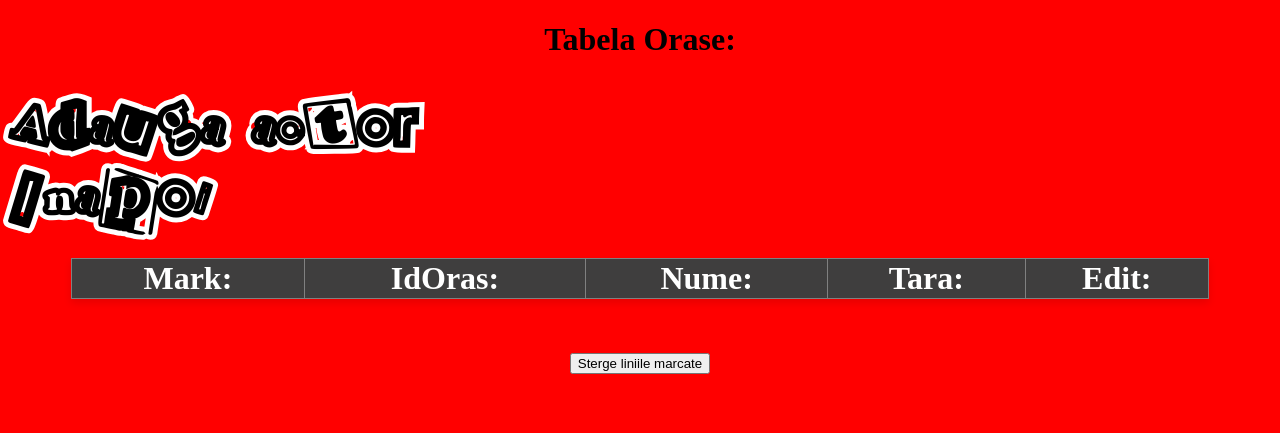
Repository: SusStefan/ActorDB
Page: http://localhost/Actori/sources/tabela_orase.jsp
An editor plug-in stored every save of this project. The page is shown before and after the next save, followed by the edit.
The browser window is 1280 px wide. The pictures show the whole page.
The page is served by Tomcat 9. Queries for data that is not in the repository find no rows.

Above is the page before, as saved 2025-12-15 19:31:28.

### Actori/src/main/webapp/sources/tabela_orase.jsp
<%@ page language="java" contentType="text/html; charset=UTF-8" pageEncoding="UTF-8"%>
<%@ page language="java" import="java.lang.*,java.math.*,db.*,java.sql.*, java.io.*, java.util.*"%>
<!DOCTYPE html PUBLIC "-//W3C//DTD HTML 4.01 Transitional//EN" "http://www.w3.org/TR/html4/loose.dtd">
<html>
 <head>
 <meta http-equiv="Content-Type" content="text/html; charset=UTF-8">
 <title>Tabela Orase</title>
 <link rel="stylesheet" href="persona.css">
 </head>
 <jsp:useBean id="jb" scope="session" class="db.JavaBean" />
 <jsp:setProperty name="jb" property="*" />
 <body>
 <h1 align="center"> Tabela Orase:</h1>
 <br/>
<a href="adauga_actor.jsp">
<div class="cssbutton2 "><b class="sway-text"><strong>Adauga actor</strong></b></div>
</a>
 <a href="index.html">
<div class="cssbutton2 "><b class="sway-text"><strong>Inapoi</strong></b></div>
</a>
 <form action="sterge_orase.jsp" method="post">
 <table border="1" align="center">
 <tr>
 <td><b>Mark:</b></td>
 <td><b>IdOras:</b></td>
 <td><b>Nume:</b></td>
 <td><b>Tara:</b></td>
 <td><b>Edit:</b></td>
 </tr>
 <%
 jb.connect();
 ResultSet rs = jb.vedeTabela("orase");
 long x;
 while (rs.next()) {
 x = rs.getInt("idoras");
 %>
 <tr>
 <td><input type="checkbox" name="primarykey" value="<%= x%>" /></td><td><%= x%></td>
 <td><%= rs.getString("nume")%></td>
 <td><%= rs.getString("tara")%></td>
  <td><a href="oras_m1.jsp?idoras=<%= x %>" class="action-button">Detalii Oras</a></td>
 <%
 }
 %>
 </tr>
 </table><br/>
 <p align="center">
 <input type="submit" value="Sterge liniile marcate">
 </p>
 </form>
 <%
 rs.close();
 jb.disconnect();
 %>
 <br/>
 <p align="center">
 <br/>
 </p>
 </body>
</html>

### Actori/src/main/java/db/JavaBean.java
/*
 * Curs3_Eclipse - Valentin Pupezescu
 */
package db;
import java.math.BigDecimal;
import java.sql.*;
/**
 *
 * @author vali
 */
public class JavaBean {
	String error;
	Connection con;
	public JavaBean() {
	}
	public void connect() throws ClassNotFoundException, SQLException, Exception {
		try {
			Class.forName("com.mysql.cj.jdbc.Driver");
			con = DriverManager.getConnection("jdbc:mysql://localhost:3306/actori?useSSL=false", "root", "2005");
		} catch (ClassNotFoundException cnfe) {
			error = "ClassNotFoundException: Nu s-a gasit driverul bazei de date.";
			throw new ClassNotFoundException(error);
		} catch (SQLException cnfe) {
			error = "SQLException: Nu se poate conecta la baza de date.";
			throw new SQLException(error);
		} catch (Exception e) {
			error = "Exception: A aparut o exceptie neprevazuta in timp ce se stabilea legatura la baza de date.";
			throw new Exception(error);
		}
	} // connect()
	public void disconnect() throws SQLException {
		try {
			if (con != null) {
				con.close();
			}
		} catch (SQLException sqle) {
			error = ("SQLException: Nu se poate inchide conexiunea la baza de date.");
			throw new SQLException(error);
		}
	} // disconnect()
	public void adaugaOras(String Nume, String Tara)
			throws SQLException, Exception {
		if (con != null) {
			try {
				// creaza un "prepared SQL statement"
				Statement stmt;
				stmt = con.createStatement();
				stmt.executeUpdate("insert into orase(nume,tara) values('" +Nume
		+ "' , '" + Tara + "');");
			} catch (SQLException sqle) {
				error = "ExceptieSQL: Reactualizare nereusita; este posibil sa existe duplicate.";
				throw new SQLException(error);
			}
		} else {
			error = "Exceptie: Conexiunea cu baza de date a fost pierduta.";
			throw new Exception(error);
		}
	} // end of adaugaPacient()

	public void adaugateatru(String Nume, String Descriere, String Adresa, long Oras)
			throws SQLException, Exception {
		if (con != null) {
			try {
				// creaza un "prepared SQL statement"
				Statement stmt;
				stmt = con.createStatement();
				stmt.executeUpdate("insert into teatre(nume,descriere,adresa,idoras) values('" + Nume +
						"' , '" + Descriere + "', '" + Adresa + "', '" + Oras + "');");
			} catch (SQLException sqle) {
				error = "ExceptieSQL: Reactualizare nereusita; este posibil sa existe duplicate.";
				throw new SQLException(error);
			}
		} else {
			error = "Exceptie: Conexiunea cu baza de date a fost pierduta.";
			throw new Exception(error);
		}
	}

			public void adaugaactori(String Nume, String Prenume, String Rol, String Piesa, double Salariu, long Teatre)
					throws SQLException, Exception {
				if (con != null) {
					try {
						Statement stmt;
						stmt = con.createStatement();
						stmt.executeUpdate("insert into actori(nume,prenume,rol,piesa,salariu,idteatru) values('" + Nume +
								"' , '" + Prenume + "', '" + Rol + "', '" + Piesa + "', '" + Salariu + "', '" + Teatre
								+ "');");
					} catch (SQLException sqle) {
						error = "ExceptieSQL: Reactualizare nereusita; este posibil sa existe duplicate.";
						throw new SQLException(error);
					}
				} else {
					error = "Exceptie: Conexiunea cu baza de date a fost pierduta.";
					throw new Exception(error);
				}
			}

	public ResultSet vedeOrase() throws SQLException, Exception {
	    ResultSet rs = null;
	    try {
	        // Simple query to select the ID and Name of all cities
	        String queryString = "SELECT idoras, nume FROM orase ORDER BY nume";
	        Statement stmt = con.createStatement();
	        rs = stmt.executeQuery(queryString);
	    } catch (SQLException sqle) {
	        error = "SQLException: Interogarea oraselor nu a fost posibila.";
	        throw new SQLException(error);
	    } catch (Exception e) {
	        error = "A aparut o exceptie in timp ce se extrageau orasele.";
	        throw new Exception(error);
	    }
	    return rs;
	}

	public ResultSet vedeTabela(String tabel) throws SQLException, Exception {
		ResultSet rs = null;
		try {
			String queryString = ("select * from `actori`.`" + tabel + "`;");
			Statement stmt = con.createStatement(/*ResultSet.TYPE_SCROLL_INSENSITIVE,
ResultSet.CONCUR_READ_ONLY*/);
			rs = stmt.executeQuery(queryString);
		} catch (SQLException sqle) {
			error = "SQLException: Interogarea nu a fost posibila.";
			throw new SQLException(error);
		} catch (Exception e) {
			error = "A aparut o exceptie in timp ce se extrageau datele.";
			throw new Exception(error);
		}
		return rs;
	} // vedeTabela()
	public ResultSet vedeTeatre() throws SQLException, Exception {
		ResultSet rs = null;
		try {
			String queryString = ("select t.idteatru as idteatru"
					+ ",t.nume as nume,"
					+ "t.descriere as descriere,"
					+ "t.adresa as adresa,o.nume as oras,o.tara as tara from teatre t inner join orase o using(idoras)");
		    Statement stmt = con.createStatement(/*ResultSet.TYPE_SCROLL_INSENSITIVE,
ResultSet.CONCUR_READ_ONLY*/);
			rs = stmt.executeQuery(queryString);
		} catch (SQLException sqle) {
			error = "SQLException: Interogarea nu a fost posibila.";
			throw new SQLException(error);
		} catch (Exception e) {
			error = "A aparut o exceptie in timp ce se extrageau datele.";
			throw new Exception(error);
		}
		return rs;
	} // vedeConsultatie()

	public ResultSet vedeActori() throws SQLException, Exception {
		ResultSet rs = null;
		try {
			String queryString = ("SELECT a.idactor AS idactor, " +
			           "a.nume AS nume, " +
			           "a.prenume AS prenume, " +
			           "a.rol AS rol, " +
			           "a.piesa AS piesa, " +
			           "a.salariu AS salariu, " +
			           "t.nume AS teatru, " +
			           "t.adresa AS adresa, " +
			           "o.nume AS oras, " +
			           "o.tara AS tara " +
			    "FROM actori a, teatre t, orase o " +
			    "WHERE a.idteatru = t.idteatru AND t.idoras = o.idoras" // Correct join conditions
			);
		    Statement stmt = con.createStatement(/*ResultSet.TYPE_SCROLL_INSENSITIVE,
ResultSet.CONCUR_READ_ONLY*/);
			rs = stmt.executeQuery(queryString);
		} catch (SQLException sqle) {
			error = "SQLException: Interogarea nu a fost posibila.";
			throw new SQLException(error);
		} catch (Exception e) {
			error = "A aparut o exceptie in timp ce se extrageau datele.";
			throw new Exception(error);
		}
		return rs;
	}

	public void stergeDateTabela(String[] primaryKeys, String tabela, String dupaID) throws
	SQLException, Exception {
		if (con != null) {
			try {
				// creaza un "prepared SQL statement"
				long aux;
				PreparedStatement delete;
				delete = con.prepareStatement("DELETE FROM " + tabela + " WHERE " + dupaID + "=?;");
				for (int i = 0; i < primaryKeys.length; i++) {
					aux = java.lang.Long.parseLong(primaryKeys[i]);
					delete.setLong(1, aux);
					delete.execute();
				}
			} catch (SQLException sqle) {
				error = "ExceptieSQL: Reactualizare nereusita; este posibil sa existe duplicate.";
				throw new SQLException(error);
			} catch (Exception e) {
				error = "A aparut o exceptie in timp ce erau sterse inregistrarile.";
				throw new Exception(error);
			}
		} else {
			error = "Exceptie: Conexiunea cu baza de date a fost pierduta.";
			throw new Exception(error);
		}
	} // end of stergeDateTabela()
	public void stergeTabela(String tabela) throws SQLException, Exception {
		if (con != null) {
			try {
				// creaza un "prepared SQL statement"
				Statement stmt;
				stmt = con.createStatement();
				stmt.executeUpdate("delete from " + tabela + ";");
			} catch (SQLException sqle) {
				error = "ExceptieSQL: Stergere nereusita; este posibil sa existe duplicate.";
				throw new SQLException(error);
			}
		} else {
			error = "Exceptie: Conexiunea cu baza de date a fost pierduta.";
			throw new Exception(error);
		}
	} // end of stergeTabela()
	public void modificaTabela(String tabela, String IDTabela, int ID, String[] campuri, String[]
			valori) throws SQLException, Exception {
		String update = "update " + tabela + " set ";
		String temp = "";
		if (con != null) {
			try {
				for (int i = 0; i < campuri.length; i++) {
					if (i != (campuri.length - 1)) {
						temp = temp + campuri[i] + "='" + valori[i] + "', ";
					} else {
						temp = temp + campuri[i] + "='" + valori[i] + "' where " + IDTabela + "= '" + ID + "';";
					}
				}
				update = update + temp;
				// creaza un "prepared SQL statement"
				Statement stmt;
				stmt = con.createStatement();
				stmt.executeUpdate(update);
			} catch (SQLException sqle) {
				error = "ExceptieSQL: Reactualizare nereusita; este posibil sa existe duplicate.";
				throw new SQLException(error);
			}
		} else {
			error = "Exceptie: Conexiunea cu baza de date a fost pierduta.";
			throw new Exception(error);
		}
	}
	public void modificaActor(int idActor, String Nume, String Prenume, String Rol, String Piesa, BigDecimal Salariu, long idTeatru)
		    throws SQLException, Exception {

		    if (con == null || con.isClosed()) {
		        throw new Exception("Exceptie: Conexiunea cu baza de date a fost pierduta.");
		    }
		    String sql = "UPDATE actori SET nume=?, prenume=?, rol=?, piesa=?, salariu=?, idteatru=? WHERE idactor=?";

		    try (PreparedStatement ps = con.prepareStatement(sql)) {
		        ps.setString(1, Nume);
		        ps.setString(2, Prenume);
		        ps.setString(3, Rol);
		        ps.setString(4, Piesa);
		        ps.setBigDecimal(5, Salariu); // Sets DECIMAL type securely
		        ps.setLong(6, idTeatru);      // Sets LONG/INT type securely
		        ps.setInt(7, idActor);         // WHERE clause ID

		        ps.executeUpdate();
		    } catch (SQLException sqle) {
		        throw new SQLException("ExceptieSQL: Reactualizare nereusita. Va rugam verificati log-urile.", sqle);
		    }
		}
	public ResultSet intoarceLinie(String tabela, int ID) throws SQLException, Exception {
		ResultSet rs = null;
		try {
			// Executa interogarea
			String queryString = ("SELECT * FROM " + tabela + " where idpacient=" + ID + ";");
			Statement stmt = con.createStatement(ResultSet.TYPE_SCROLL_INSENSITIVE,
					ResultSet.CONCUR_READ_ONLY);
			rs = stmt.executeQuery(queryString); //sql exception
		} catch (SQLException sqle) {
			error = "SQLException: Interogarea nu a fost posibila.";
			throw new SQLException(error);
		} catch (Exception e) {
			error = "A aparut o exceptie in timp ce se extrageau datele.";
			throw new Exception(error);
		}
		return rs;
	} // end of intoarceLinie()
	public ResultSet intoarceLinieDupaId(String tabela, String denumireId, int ID) throws
	SQLException, Exception {
		ResultSet rs = null;
		try {
			// Executa interogarea
			String queryString = ("SELECT * FROM " + tabela + " where " + denumireId + "=" + ID
					+ ";");
			Statement stmt = con.createStatement(ResultSet.TYPE_SCROLL_INSENSITIVE,
					ResultSet.CONCUR_READ_ONLY);
			rs = stmt.executeQuery(queryString); //sql exception
		} catch (SQLException sqle) {
			error = "SQLException: Interogarea nu a fost posibila.";
			throw new SQLException(error);
		} catch (Exception e) {
			error = "A aparut o exceptie in timp ce se extrageau datele.";
			throw new Exception(error);
		}
		return rs;
	} // end of intoarceLinieDupaId()
	public ResultSet intoarceConsultatieId(int ID) throws SQLException, Exception {
		ResultSet rs = null;
		try {
			// Executa interogarea
			String queryString = ("SELECT a.Nume NumePacient, a.Prenume PrenumePacient, a.Adresa,b.Nume NumeMedic, b.Prenume PrenumeMedic, b.Sectie, c.idconsultatie, c.idmedic idmedic_consult,c.idpacient idpacient_consult, dataconsultatie, diagnostic, medicament FROM pacienti a, medici b,consultatie c WHERE a.idpacient = c.idpacient AND b.idmedic = c.idmedic and idconsultatie = '" +ID + "';");
			Statement stmt = con.createStatement(ResultSet.TYPE_SCROLL_INSENSITIVE,
					ResultSet.CONCUR_READ_ONLY);
			rs = stmt.executeQuery(queryString); //sql exception
		} catch (SQLException sqle) {
			error = "SQLException: Interogarea nu a fost posibila.";
			throw new SQLException(error);
		} catch (Exception e) {
			error = "A aparut o exceptie in timp ce se extrageau datele.";
			throw new Exception(error);
		}
		return rs;
	} // end of intoarceLinieDupaId()
}

### Actori/src/main/webapp/sources/persona.css

 @font-face {
  font-family: 'Persona';            /* You give it a nickname here */
  src: url('assets/earwig_factory/pers.ttf') format('truetype'); /* Point to the file */
  font-weight: normal;
  font-style: normal;
}

 @font-face {
  font-family: 'Persona2';            /* You give it a nickname here */
  src: url('assets/earwig_factory/persona.otf') format('opentype'); /* Point to the file */
  font-weight: normal;
  font-style: normal;
}
 @font-face {
  font-family: 'clock';            /* You give it a nickname here */
  src: url('assets/earwig_factory/p5hatty.ttf') format('truetype'); /* Point to the file */
  font-weight: normal;
  font-style: normal;
}
 body{
 background-color: red;
 }
 table{
width:90%;
margin: 20px auto;
border-collapse: collapse;
box-shadow: 0 4px 8px rgba(0, 0, 0, 0.1);
text-align:center;
color:white;
font-size:200%
}

 table tbody tr:nth-of-type(even) {
  background-color: #656261;
}
 table tbody tr:nth-of-type(odd) {
  background-color: #3f3e3e;
}
 .sway-text{
 color:black;
 font-size:300%;
 font-family:Persona;

 }
 #butholder
 {
 display:flex;
flex-direction: column;
 padding:10px;
 justify-content:center;

 gap:20px;
 }
  #butholder2
 {
 display:flex;
flex-direction: row;
 padding:10px;
 justify-content:center;
 align-items:center;
 gap:20px;
 }
 #titlu{
 text-align:left;
 font-family: Persona2;
 paint-order: stroke fill;
 color:black;
-webkit-text-stroke: 10px white;
 font-size:400%;
 }
  .time{

 font-family: clock;
 paint-order: stroke fill;
 color:white;
-webkit-text-stroke: 30px black;

 }
 #hms{ position:absolute;
  font-size:1000%;
  top:-13%;
  right:6%;
 }
#day{ position:absolute;
right:3%;
 font-size:400%;
transform: rotate(-10deg);
 }
 #month{ position:absolute;
right:13%;
top:-4%;
 font-size:500%;
 transform: rotate(10deg);
 }
 #stat
 {
  position:absolute;
right:16%;
top:10%;
 font-size:300%;
 transform: rotate(-10deg);
 }

 .cssbutton
 {

 background-color:red;
 padding:5px;
 text-align: center;
 }
  #butactor
 {
 width:20%;
 height:70%;

 }
 #butactor1
 {
 width:50%;
 height:50%;
 background-color:red;
 padding:5px;
 text-align: center;
 }

 .sway-text {
  display: inline-block; /* Required for transform to work on text spans */
  transition: color 0.3s; /* Optional: smooth color change */
  cursor: default;
   paint-order: stroke fill;
 color:black;
-webkit-text-stroke: 10px white;
 font-size:400%;
}
#smol{
	position:absolute;
	bottom:3px;
	font-size:25px;

}
 .cssbutton:hover {
    cursor: pointer;
    background-color: white;
    border: 3px solid black;
    /* REMOVE the animation from the button container */
}
/* 2. NEW: Target the text element (.sway-text) when its parent (.cssbutton) is hovered. */
.cssbutton:hover .sway-text {
    animation: sway 2s ease-in-out infinite;
}

/* Also ensure your animation keyframes are not accidentally closed early,
   as your previous post had an extra closing brace at the end of the file. */

/* Corrected Keyframes Block */
@keyframes sway {
  0% { transform: rotate(0deg); }
  25% { transform: rotate(5deg); }
  50% { transform: rotate(0deg); }
  75% { transform: rotate(-5deg); }
  100% { transform: rotate(0deg); }
}

After the next save:
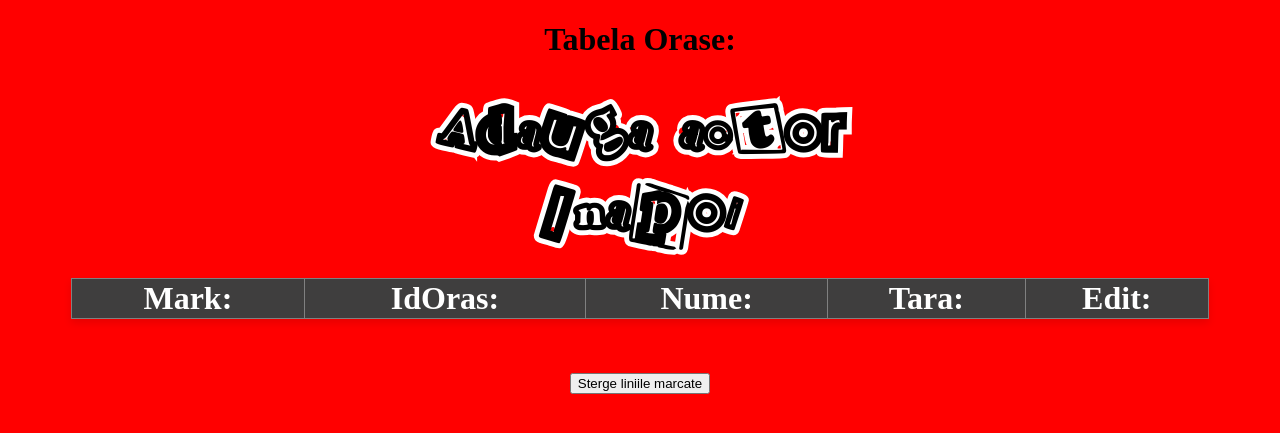
Saved 73 s later.
--- a/Actori/src/main/webapp/sources/tabela_orase.jsp
+++ b/Actori/src/main/webapp/sources/tabela_orase.jsp
@@ -13,10 +13,10 @@
  <h1 align="center"> Tabela Orase:</h1>
  <br/>
 <a href="adauga_actor.jsp">
-<div class="cssbutton2 "><b class="sway-text"><strong>Adauga actor</strong></b></div>
+<div class="cssbutton"><b class="sway-text"><strong>Adauga actor</strong></b></div>
 </a>
  <a href="index.html">
-<div class="cssbutton2 "><b class="sway-text"><strong>Inapoi</strong></b></div>
+<div class="cssbutton"><b class="sway-text"><strong>Inapoi</strong></b></div>
 </a>
  <form action="sterge_orase.jsp" method="post">
  <table border="1" align="center">
